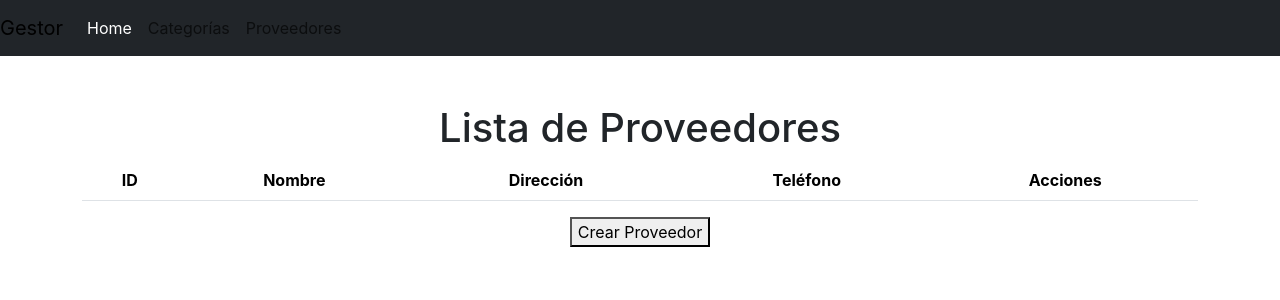
Repository: SantiagoGuaman/gestor-app
Page: /providers
The author's editor kept a copy of each file at every save. The page is drawn from the files as they stood at one save, then again after a run of saves.
The browser window is 1280 px wide. The pictures show the whole page.
The page's requests for data from a server got no answer. The project was rebuilt for these pictures with package versions that can differ from the ones it lists, and the page was loaded fresh each time. No one was signed in, and anything a server would have sent is missing. Also part of the build but not shown: src/App.css, src/Categories/GetDataCategories.js, src/HomePage/HomePage.js.

Above is the page before, as saved 2024-02-15 09:30:48.

### public/index.html
<!DOCTYPE html>
<html lang="en">
  <head>
    <meta charset="utf-8" />
    <link rel="icon" href="%PUBLIC_URL%/favicon.ico" />
    <meta name="viewport" content="width=device-width, initial-scale=1" />
    <meta name="theme-color" content="#000000" />
    <meta
      name="description"
      content="Web site created using create-react-app"
    />
    <link rel="apple-touch-icon" href="%PUBLIC_URL%/logo192.png" />
    <!--
      manifest.json provides metadata used when your web app is installed on a
      user's mobile device or desktop. See https://developers.google.com/web/fundamentals/web-app-manifest/
    -->
    <link href="https://cdn.jsdelivr.net/npm/bootstrap@5.3.2/dist/css/bootstrap.min.css" rel="stylesheet" integrity="sha384-T3c6CoIi6uLrA9TneNEoa7RxnatzjcDSCmG1MXxSR1GAsXEV/Dwwykc2MPK8M2HN" crossorigin="anonymous">
    <link rel="manifest" href="%PUBLIC_URL%/manifest.json" />
    <!--
      Notice the use of %PUBLIC_URL% in the tags above.
      It will be replaced with the URL of the `public` folder during the build.
      Only files inside the `public` folder can be referenced from the HTML.

      Unlike "/favicon.ico" or "favicon.ico", "%PUBLIC_URL%/favicon.ico" will
      work correctly both with client-side routing and a non-root public URL.
      Learn how to configure a non-root public URL by running `npm run build`.
    -->
    <title>Gestor APP</title>
  </head>
  <body>
    <noscript>You need to enable JavaScript to run this app.</noscript>
    <div id="root"></div>
    <!--
      This HTML file is a template.
      If you open it directly in the browser, you will see an empty page.

      You can add webfonts, meta tags, or analytics to this file.
      The build step will place the bundled scripts into the <body> tag.

      To begin the development, run `npm start` or `yarn start`.
      To create a production bundle, use `npm run build` or `yarn build`.
    -->
  </body>
  <script src="https://cdn.jsdelivr.net/npm/bootstrap@5.3.2/dist/js/bootstrap.bundle.min.js" integrity="sha384-C6RzsynM9kWDrMNeT87bh95OGNyZPhcTNXj1NW7RuBCsyN/o0jlpcV8Qyq46cDfL" crossorigin="anonymous"></script>
</html>

### src/App.js
import { BrowserRouter, Route, Routes } from 'react-router-dom';
import './App.css';
import GetDataCategories from './Categories/GetDataCategories';
import NavBar from './NavBar/NavBar';
import GetDataProviders from './Proveedores/GetDataProviders';
import HomePage from './HomePage/HomePage';

function App() {
  return (
    <BrowserRouter>
      <NavBar />
      <Routes>
        <Route exact path='/' element={<HomePage />} />
        <Route exact path='/categories' element={<GetDataCategories />} />
        <Route exact path='/providers' element={<GetDataProviders />} />
      </Routes>
    </BrowserRouter>
  );
}

export default App;

### src/NavBar/NavBar.js
import React from 'react'
import { Link } from 'react-router-dom'

function NavBar() {
    return (
        <nav className="navbar navbar-expand-lg navbar-light bg-dark lg">
            <Link className="navbar-brand" to="/">Gestor</Link>
            <button className="navbar-toggler" type="button" data-toggle="collapse" data-target="#navbarNav" aria-controls="navbarNav" aria-expanded="false" aria-label="Toggle navigation">
                <span className="navbar-toggler-icon"></span>
            </button>
            <div className="collapse navbar-collapse"  id="navbarNav">
                <ul className="navbar-nav" >
                    <li className="nav-item active">
                        <Link className="nav-link" to="/" style={{color: '#FFFFFF'}}>Home</Link>
                    </li>
                    <li className="nav-item">
                        <Link className="nav-link" to="/categories">Categorías</Link>
                    </li>
                    <li className="nav-item">
                        <Link className="nav-link" to="/providers">Proveedores</Link>
                    </li>
                </ul>
            </div>
        </nav>
    )
}

export default NavBar

### src/Proveedores/GetDataProviders.js
import React, { useEffect, useState } from 'react'

function GetDataProviders() {

    const endPoint = 'http://localhost:8080/api/proveedores';

    const [proveedores, setProveedores] = useState([]);
    const [newProveedor, setNewProveedor] = useState({
        nombre: '',
        direccion: '',
        telefono: ''
    });

    const [editProveedor, setEditProveedor] = useState({
        nombre: '',
        direccion: '',
        telefono: ''
    });

    const [isCreateModalOpen, setCreateModalOpen] = useState(false);

    const fetchData = async () => {
        try {
            const response = await fetch(endPoint);
            if (response.ok) {
                const data = await response.json();
                setProveedores(data);
            }
        } catch (error) {
            console.error("Error fetching data:", error);
        }
    };

    const handleCreate = async () => {
        try {
            const response = await fetch(endPoint, {
                method: 'POST',
                headers: {
                    'Content-Type': 'application/json',
                },
                body: JSON.stringify(newProveedor),
            });

            if (response.ok) {
                console.log('Proveedor creado exitosamente');
                fetchData();
                setNewProveedor({
                    nombre: '',
                    direccion: '',
                    telefono: ''
                });
                setCreateModalOpen(false);
            } else {
                console.error('Error al crear el Proveedor');
            }
        } catch (error) {
            console.error('Error al procesar la solicitud de creación:', error);
        }
    };

    const handleEdit = (proveedor) => {
        setEditProveedor(proveedor);
    };

    const handleUpdate = async () => {
        try {
            const response = await fetch(`${endPoint}/${editProveedor.id_proveedor}`, {
                method: 'PUT',
                headers: {
                    'Content-Type': 'application/json',
                },
                body: JSON.stringify(editProveedor),
            });

            if (response.ok) {
                console.log('Proveedor actualizado exitosamente');
                fetchData();
                setEditProveedor({
                    nombre: '',
                    direccion: '',
                    telefono: ''
                });
            } else {
                console.error('Error al actualizar el Proveedor');
            }
        } catch (error) {
            console.error('Error al procesar la solicitud de actualización:', error);
        }
    };

    const handleDelete = async (id) => {
        try {
            const response = await fetch(`${endPoint}/${id}`, {
                method: 'DELETE',
            });

            if (response.ok) {
                console.log('Proveedor eliminado exitosamente');
                fetchData();
            } else {
                console.error('Error al eliminar al Proveedor');
            }
        } catch (error) {
            console.error('Error al procesar la solicitud de eliminación:', error);
        }
    }

    useEffect(() => {
        fetchData();
    }, []);

    return (
        <div className='container text-center mt-5'>
            <h1>Lista de Proveedores</h1>
            <table className="table table-hover">
                <thead>
                    <tr>
                        <th>ID</th>
                        <th>Nombre</th>
                        <th>Dirección</th>
                        <th>Teléfono</th>
                        <th>Acciones</th>
                    </tr>
                </thead>
                <tbody>
                    {proveedores.map((proveedor) => (
                        <tr key={proveedor.id_proveedor}>
                            <td>{proveedor.id_proveedor}</td>
                            <td>{proveedor.nombre}</td>
                            <td>{proveedor.direccion}</td>
                            <td>{proveedor.telefono}</td>
                            <td>
                                <button className='btn btn-secondary' onClick={() => handleEdit(proveedor)}>Editar</button>
                                <button className='btn btn-danger' onClick={() => handleDelete(proveedor.id_proveedor)}>Eliminar</button>
                            </td>
                        </tr>
                    ))}
                </tbody>
            </table>
            <button onClick={() => setCreateModalOpen(true)}>Crear Proveedor</button>
            {isCreateModalOpen && (
                <div className="modal" tabIndex="-1" role="dialog" style={{ display: 'block' }}>
                    <div className="modal-dialog" role="document">
                        <div className="modal-content">
                            <div className="modal-header">
                                <h5 className="modal-title">Crear Nuevo Proveedor</h5>
                                <button type="button" className="close" data-dismiss="modal" aria-label="Close" onClick={() => setCreateModalOpen(false)}>
                                    <span aria-hidden="true">&times;</span>
                                </button>
                            </div>

                            <div className="modal-body" style={{ display: 'flex', flexDirection: 'column' }}>
                                <input className='form-control mt-3'
                                    type="text"
                                    placeholder="Nombre"
                                    value={newProveedor.nombre}
                                    onChange={(e) => setNewProveedor({ ...newProveedor, nombre: e.target.value })}
                                />
                                <input className='form-control mt-3'
                                    type="text"
                                    placeholder="Dirección"
                                    value={newProveedor.direccion}
                                    onChange={(e) => setNewProveedor({ ...newProveedor, direccion: e.target.value })}
                                />
                                <input className='form-control mt-3'
                                    type="text"
                                    placeholder="Teléfono"
                                    value={newProveedor.telefono}
                                    onChange={(e) => setNewProveedor({ ...newProveedor, telefono: e.target.value })}
                                />
                            </div>
                            <div className="modal-footer mt-3">
                                <button type="button" className="btn btn-primary" onClick={handleCreate}>Crear</button>
                                <button type="button" className="btn btn-secondary" onClick={() => setCreateModalOpen(false)}>Cancelar</button>
                            </div>
                        </div>
                    </div>
                </div>

            )}

            {editProveedor.id_proveedor && (
                <div>
                    <h2>Editar Proveedor</h2>
                    <input
                        type="text"
                        value={editProveedor.nombre}
                        onChange={(e) => setEditProveedor({ ...editProveedor, nombre: e.target.value })}
                    />
                    <input
                        type="text"
                        value={editProveedor.direccion}
                        onChange={(e) => setEditProveedor({ ...editProveedor, direccion: e.target.value })}
                    />
                    <input
                        type="text"
                        value={editProveedor.telefono}
                        onChange={(e) => setEditProveedor({ ...editProveedor, telefono: e.target.value })}
                    />
                    <button className='btn btn-success' onClick={handleUpdate}>Guardar</button>
                </div>
            )}
        </div>
    );
}

export default GetDataProviders

Loaded but not shown: src/index.js (common file); src/index.css (common file); src/reportWebVitals.js (common file)

After the next 3 saves:
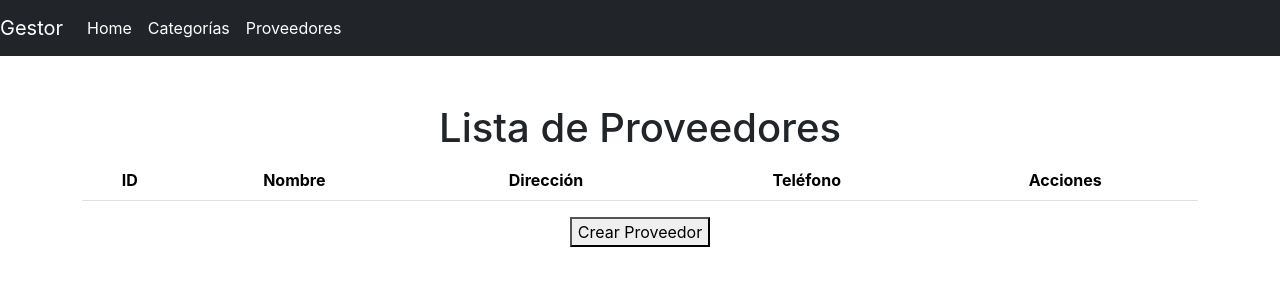
The 3 saves are shown as one change because they came seconds apart.
The last was saved 13 s later.
--- a/src/NavBar/NavBar.js
+++ b/src/NavBar/NavBar.js
@@ -4,7 +4,7 @@ import { Link } from 'react-router-dom'
 function NavBar() {
     return (
         <nav className="navbar navbar-expand-lg navbar-light bg-dark lg">
-            <Link className="navbar-brand" to="/">Gestor</Link>
+            <Link className="navbar-brand" to="/" style={{color: '#FFFFFF'}}>Gestor</Link>
             <button className="navbar-toggler" type="button" data-toggle="collapse" data-target="#navbarNav" aria-controls="navbarNav" aria-expanded="false" aria-label="Toggle navigation">
                 <span className="navbar-toggler-icon"></span>
             </button>
@@ -14,10 +14,10 @@ function NavBar() {
                         <Link className="nav-link" to="/" style={{color: '#FFFFFF'}}>Home</Link>
                     </li>
                     <li className="nav-item">
-                        <Link className="nav-link" to="/categories">Categorías</Link>
+                        <Link className="nav-link" to="/categories" style={{color: '#FFFFFF'}}>Categorías</Link>
                     </li>
                     <li className="nav-item">
-                        <Link className="nav-link" to="/providers">Proveedores</Link>
+                        <Link className="nav-link" to="/providers" style={{color: '#FFFFFF'}}>Proveedores</Link>
                     </li>
                 </ul>
             </div>
